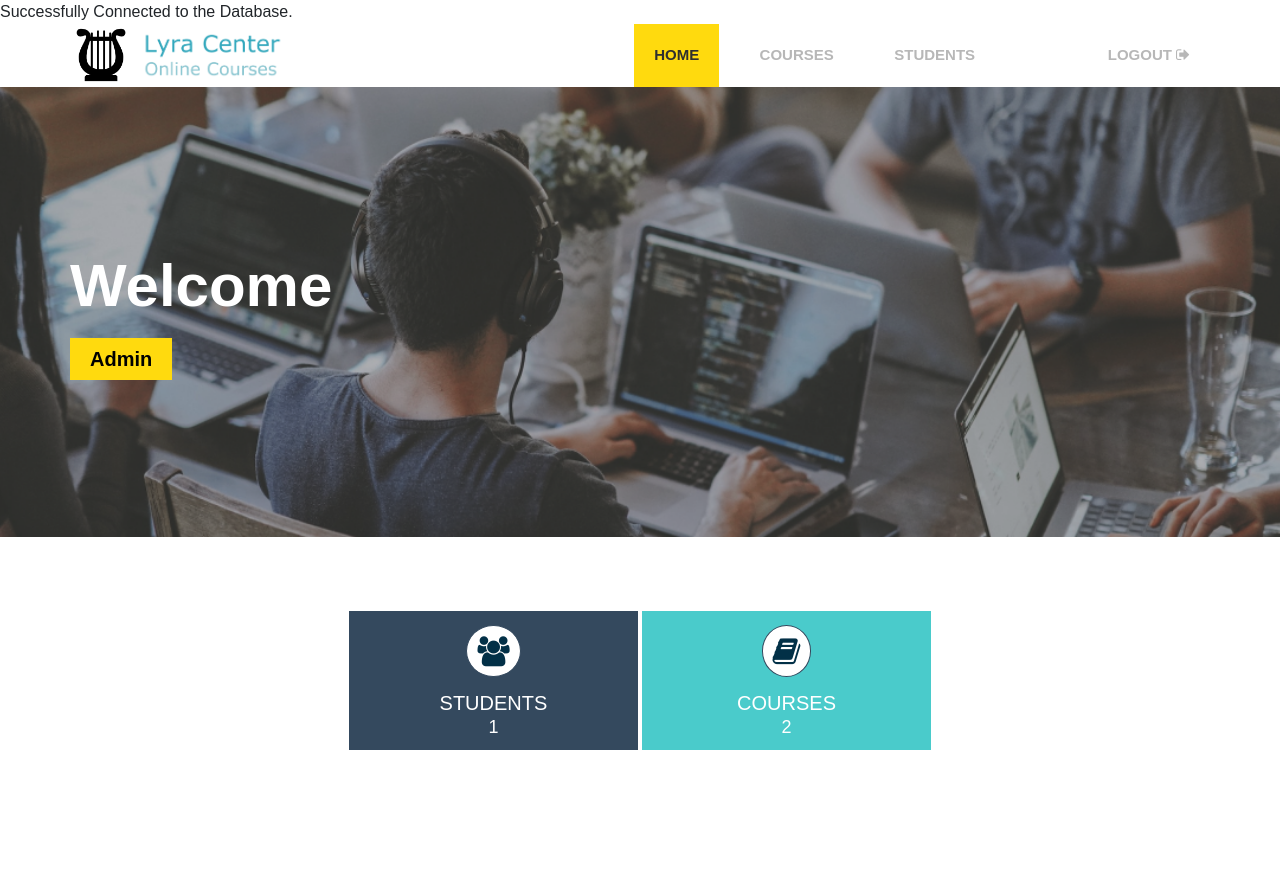
Repository: jersmaecrz/lyra-center
Page: http://localhost/aHome.php
The author's editor kept a copy of each file at every save. The page is drawn from the files as they stood at one save, then again after the next save.
The browser window is 1280 px wide. The pictures show the whole page.
Some web fonts or font styles are not loaded; a fallback is used. The page is run by PHP 8.4 with error messages shown; the project is at /var/www/html/. Queries for data that is not in the repository find no rows.

Above is the page before, as saved 2022-12-03 22:40:21.

After the next save:
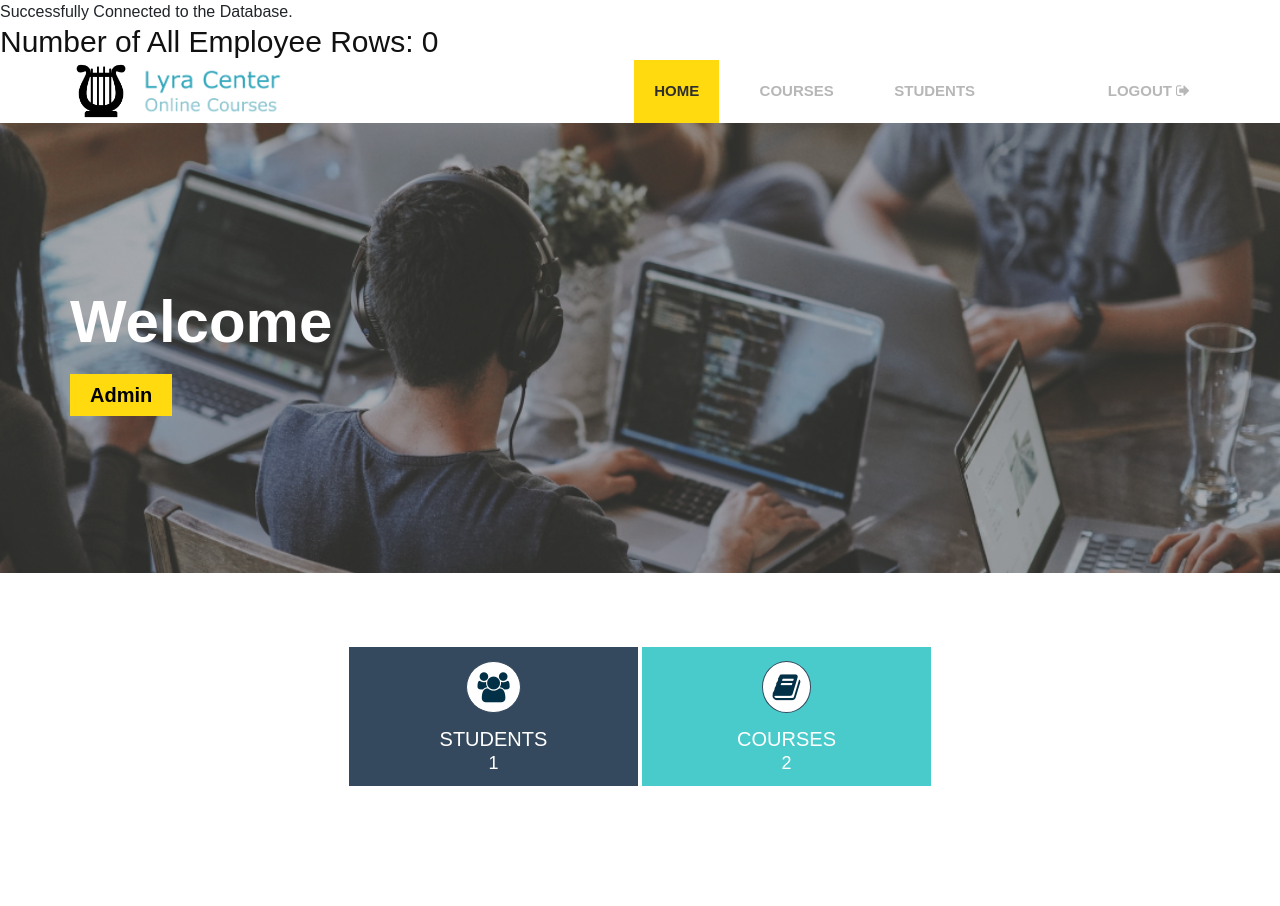
Saved 10 s later.
--- a/aHome.php
+++ b/aHome.php
@@ -1,5 +1,5 @@
 <?php
-    include "config.php";
+    include "admin-dashboard.php";
 ?>
 <!DOCTYPE html>
 <html lang="zxx">
